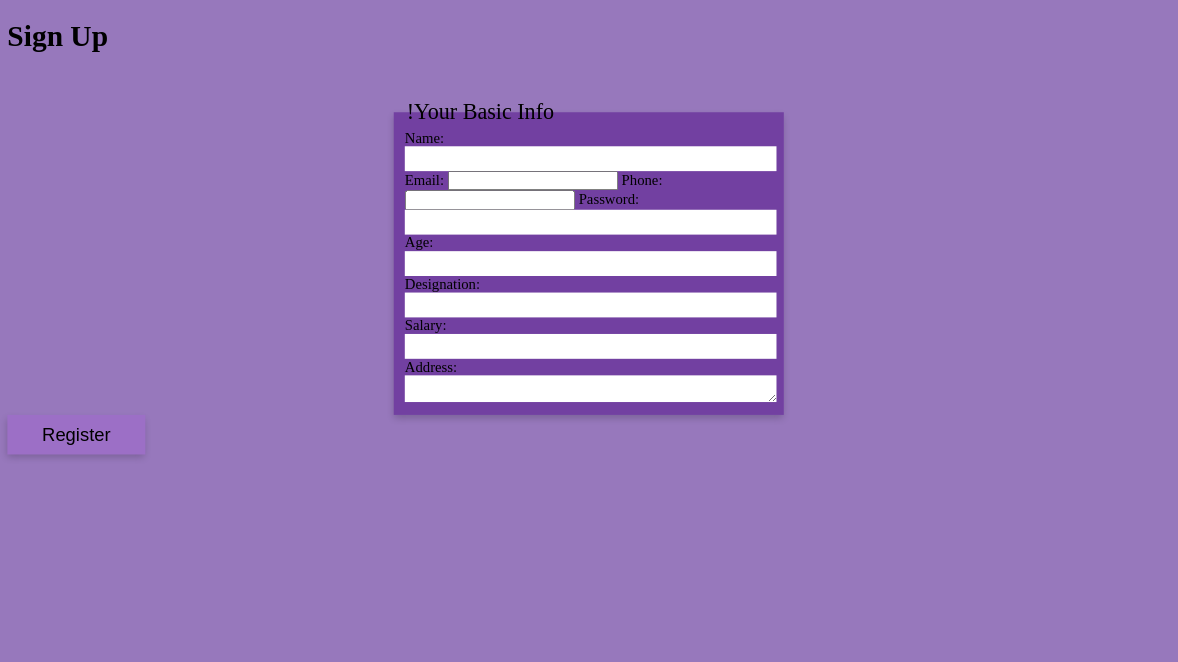
Repository: muzamil-mia/Advance_java_jspiders
Page: employee_servlet_project/src/main/webapp/register.html
An editor plug-in stored every save of this project. The page is shown before and after the next save, followed by the edit.
The browser window is 1280 px wide. The pictures show the whole page, at 92% of full size.

Above is the page before, as saved 2024-02-19 16:42:02.

After the next save:
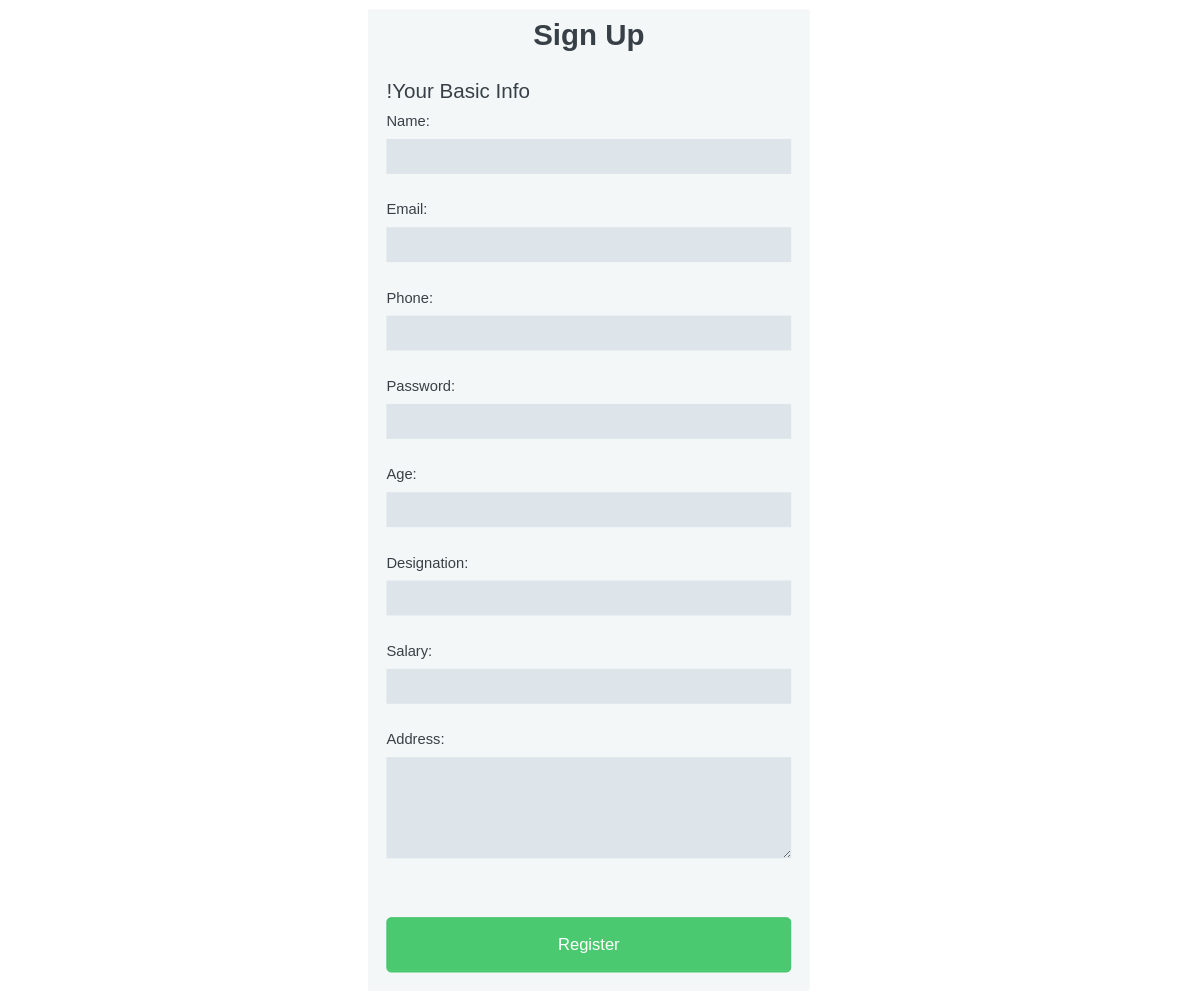
Saved 65 s later.
--- a/employee_servlet_project/src/main/webapp/register.html
+++ b/employee_servlet_project/src/main/webapp/register.html
@@ -4,56 +4,80 @@
 <meta charset="ISO-8859-1">
 <title>Register</title>
 <style>
-body{
-      background-color: rgb(151, 120, 188);
-    }
-    fieldset{
-      width: 400px;
-      margin: auto;
-      margin-top: 50px;
-      border: 2px solid;
-      box-shadow: 0 4px 8px rgba(0, 0, 0, 0.2);
+*{
+      margin: 0;
+      padding: 0;
+      font-family: 'Nunito', sans-serif;
+      color: #384047;
+      box-sizing: border-box;
+     }
+     form{
+      max-width: 300px;
+      margin: 10px auto;
+      padding: 10px 20px;
+      background-color:  #f4f7f8;
+      border: 8px;
+     }
+
+     h1{
+      margin: 0 0 30px 0;
+      text-align: center;
+     }
+     input[type="text"],
+     input[type="password"],
+     input[type="email"],
+     input[type="number"],
+     input[type="tel"],
+     textarea{
+      background: rgba(255, 254, 254, 0.1);
+      /* border: none; */
+      font-size: 16px;
+      height: auto;
+      margin: 0;
+      outline: 0;
+      padding: 10px;
+      width: 100%;
+      background-color: #dee5ea;
+      color: #8a97a0;
+      box-shadow: 0 1px 0 rgba(0,0,0,0,0.3);
+      margin-bottom: 30px;
       border: none;
-      background-color: rgb(114, 64, 161);
-    }
-    legend{
-      font-size: 1.5em;
-    }
-    table{
+     }
+     form fieldset{
+      margin-bottom: 30px;
+      border: none;
+     }
+     legend{
+      font-size: 1.4em;
+      margin-bottom: 10px;
+     }
+
+     label{
+      display: block;
+      margin-bottom: 10px;
+     }
+     button{
+      padding: 19px 39px 18px 39px;
+      color: #fff;
+      background-color: #4bc970;
+      font-size: 18px;
+      text-align: center;
+      font-size: normal;
+      border-radius: 5px;
       width: 100%;
-    }
-    td{
-      padding: 10px 0;
-      box-sizing: border-box;
-    }
-    form td:first-child{
-      font-size: 20px;
+      border: 1px solid #3ac162;
+      box-shadow: 0 -1px 0 rgba(255,255,255,0.1) inset;
+      margin-bottom: 10px;
+     }
+     button:hover{
+     background-color: #4bc970;
+     }
 
-    }
-    input[type = "text"],
-    input[type="password"],
-    input[type="number"],
-    textarea{
-      width: 100%;
-      resize: vertical;
-      height: 25px;
-      border: none;
-    }
-    button{
-      padding: 10px 20px;
-      font-size: 20px;
-      box-shadow: 0 4px 8px rgba(0, 0, 0, 0.2);
-      margin-top: 10px;
-      width: 150px;
-      margin: auto;
-      background-color: rgb(156, 111, 198);
-      border: none;
-    }
-    button:hover{
-      cursor: pointer;
-      background-color: white;
-      transition: all 1s;
-    }
+     @media screen  and (min-width: 480px) {
+      form{
+        max-width: 480px;
+      }
+     }
 </style>
 </head>
 <body>
